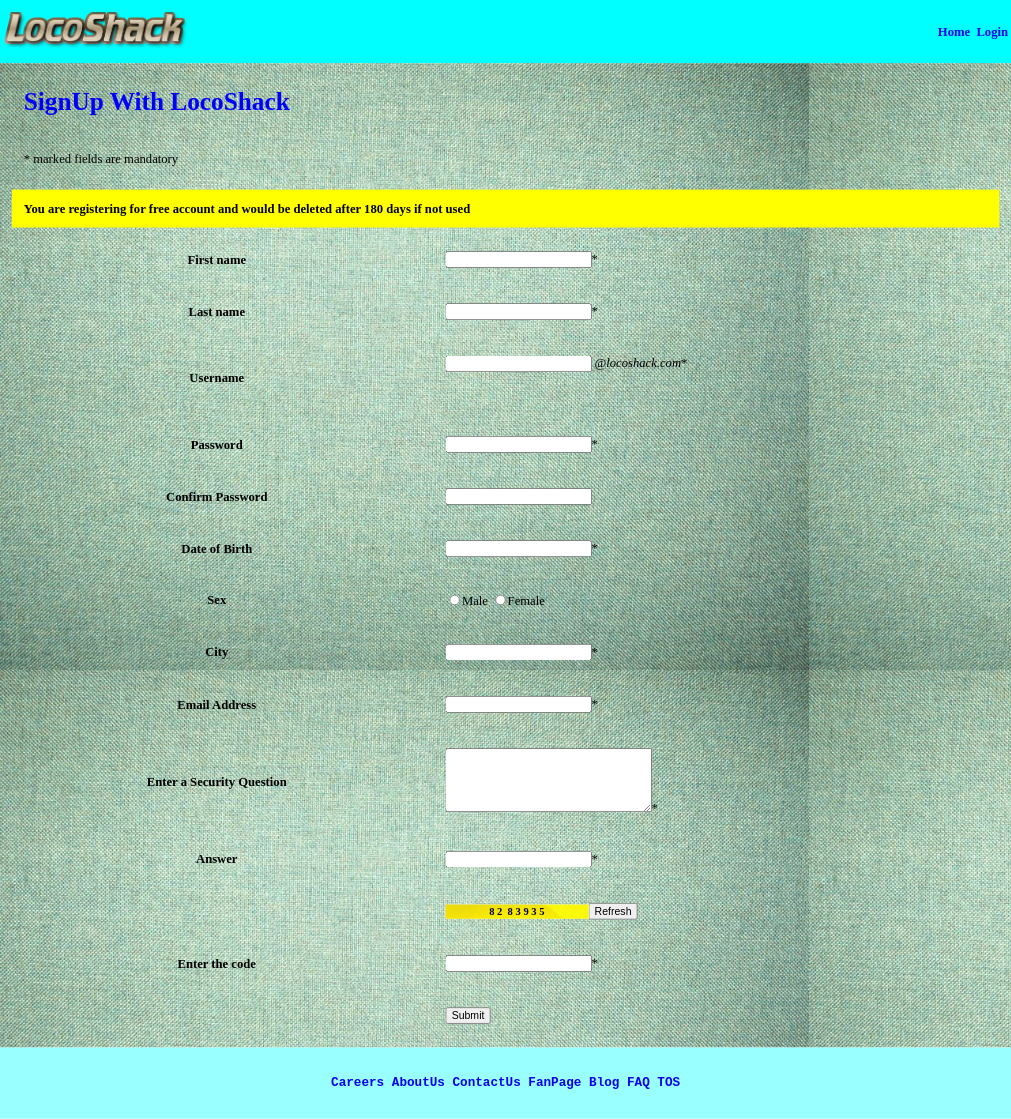
Repository: nicks707/LocoShack_TGMC-project
Page: http://localhost/ram/signup.jsp
These files come from the project's save history. The page is drawn as it stood at one moment and after the next save; the edit follows.
The browser window is 1280 px wide. The pictures show the whole page, at 79% of full size.
Some web libraries are served in a nearby version. The page is served by Tomcat 9. Other server files are loaded and not shown.

Above is the page before, as saved 2012-03-19 08:57:56.

### ram/WebContent/signup.jsp
<%@ page language="java" contentType="text/html; charset=ISO-8859-1"
    pageEncoding="ISO-8859-1"%>
<!DOCTYPE html PUBLIC "-//W3C//DTD HTML 4.01 Transitional//EN" "http://www.w3.org/TR/html4/loose.dtd">
<html>
<head>
<meta http-equiv="Content-Type" content="text/html; charset=ISO-8859-1">
<title>LocoShack-SignUp!</title>
<style>
html, body,table
{
  height: 100%;
  width:100%;
}
</style>
<style type="text/css">
@import "css/flora.datepick.css";
</style>

<!-- SCRIPTS GO HERE -->

<script type="text/javascript" src="http://ajax.googleapis.com/ajax/libs/jquery/1.4.2/jquery.min.js"></script>

<script type="text/javascript">
$(document).ready(function(){
//called when key is pressed in textbox
//function for checking username
$("#inputString").keypress(function (e)
{
$("#error").hide();
$("#autoSuggestionsList").hide();
//if the letter is not digit then display error and don't type anything
if( e.which!=8 && e.which!=0 && (e.which<48 || e.which>57)
&& (e.which<65 || e.which>90)&& (e.which<97 || e.which>122))
{
//display error message
$("#error").html("No Special Characters.Only number & alphabets").show();
return false;
}
});});
//function for dynamic username search
function lookup(inputString) {
if(inputString.length <5) {
$('#suggestions').show();
$('#autoSuggestionsList').hide();
}
 else {
$('#suggestions').hide();
$.post("CheckUsername.jsp",{user: ""+inputString+""},function(data){
$('#autoSuggestionsList').html(data).show();
});
}
}

//Function to check if passwords match
function passchk(cpwd){
var pwd=document.getElementById("pwd");
if(pwd.value==cpwd)
{
    $('#cpwd').html("Password match").show();


}
else
    {
        $('#cpwd').html("Password don't match").show();
    }
}

  //Empty field check
  function check()
    {
      if((document.form.fn.value.length==0)||(document.form.ln.value.length==0)||(document.form.un.value.length==0)||(document.form.pwd.value.length==0)||(document.form.cpwd.value.length==0)||(document.form.dob.value.length==0)||(document.form.sex.value.length==0)||(document.form.email.value.length==0)||(document.form.sec.value.length==0)||(document.form.secans.value.length==0)||(document.form.txtInput.value.length==0))
        {

            alert("All * fields are mandatory");
            return false;
        }
    }
</script>
   <script type="text/javascript">

   //Created / Generates the captcha function
    function DrawCaptcha()
    {
        var a = Math.ceil(Math.random() * 10)+ '';
        var b = Math.ceil(Math.random() * 10)+ '';
        var c = Math.ceil(Math.random() * 10)+ '';
        var d = Math.ceil(Math.random() * 10)+ '';
        var e = Math.ceil(Math.random() * 10)+ '';
        var f = Math.ceil(Math.random() * 10)+ '';
        var g = Math.ceil(Math.random() * 10)+ '';
        var code = a + ' ' + b + ' ' + ' ' + c + ' ' + d + ' ' + e + ' '+ f + ' ' + g;
        document.getElementById("txtCaptcha").value = code;
    }

    // Validate the Entered input aganist the generated security code function
    function ValidCaptcha(){
        var str1 = removeSpaces(document.getElementById('txtCaptcha').value);
        var str2 = removeSpaces(document.getElementById('txtInput').value);
        if (str1 == str2)
        	{
        	alert("Code matched");
        	return true;}
        else
        	{
        	alert("Code not matched")
        	return false;
        	}
    }

    // Remove the spaces from the entered and generated code
    function removeSpaces(string)
    {
        return string.split(' ').join('');
    }


    </script>
    <script type="text/javascript" src="js/jquery.datepick.js"></script>
<script type="text/javascript">
$(function() {
$('#dob').datepick();

});
</script>






</head>
<body style="margin-left:0px;margin-right:0px;margin-top:0px;" onload="DrawCaptcha();">

<table cellpadding="0px" cellspacing="0px">
<tr><td><tr height="80px" ><td colspan="3"><jsp:include page="header.jsp"></jsp:include></td></tr></td></tr>
   <tr height="304px">
       <td><form name="form" onsubmit=" return check()" action="signupcheck.jsp" method='post'>
                    <table style=" background-image:url(images/Green-cloth-texture.jpg)" cellpadding="15" cellspacing="15" width="100%" border="0">

                    <tr height="20px"><td colspan="2" style="text-align:left; font-size: xx-large; color:blue;"><b>SignUp With LocoShack</b></td></tr>
                    <tr><td style="color:chocolate;"><font color="black">* marked fields are mandatory</font></td></tr>
                     <tr bgcolor="yellow" height="20px"><td width="100%" colspan="2"><b>You are registering for free account and would be deleted after 180 days if not used</b></td></tr>
                     <tr height="34px" >
        <td width="42%" align="center"><b>First name</b></td><td  align="left" width="58%"><input type="text" name="fn"/>*</td></td> </tr>
                  <tr height="34px" >
        <td align="center"><b>Last name</b></td><td><input type="text" name="ln"/>*</td> </tr>
                  <tr height="34px" >
                      <td align="center"><b>Username</b></td><td><input align="middle" type="text" name="un" id="inputString" onkeyup="lookup(this.value)"  />
            <i>@locoshack.com</i>*<br/><div id="suggestions" style="display: none;">
Value must be greater than 4 characters</div><br/>
<div style="display: none;" id="autoSuggestionsList"></div><br/>
<div style="display: none;" id="error"></div><%--<br/><a href="avail.jsp">Check availability</a>--%></td> </tr>
                  <tr height="34px" ><td align="center"><b>Password</b></td>
                      <td><input type="text" id="pwd" name="pwd"/>*
   </td></tr>
                  <tr height="34px" ><td align="center"><b>Confirm Password</b></td>
                      <td><input type="text" name="cpwd" onkeyup="passchk(this.value)"/><div id="cpwd"></div>
   </td></tr>

                  <tr height="34px" ><td align="center"><b>Date of Birth</b></td>

    <td><input type="text"  name="dob" id="dob"/>*</td> </tr>
             <tr height="34px"
                                 ><td align="center"><b>Sex</b></td>
    <td>
        <input type="radio" name="sex" value="m"/>Male
        <input type="radio" name="sex" value="f"/>Female
    </td></tr>

    <!-- ADDED AFTERWARDS -->

    <tr height="34px" ><td align="center"><b>City</b></td>

    <td><input type="text"  name="city" id="city"/>*</td> </tr>





              <tr height="34px" ><td align="center"><b>Email Address</b></td>

    <td><input type="text" name="email"/>*</td> </tr>

    <tr height="34px">
                                  <td align="center"><b>Enter a Security Question</b></td>
                                  <td><textarea rows="5" cols="30" name="sec"></textarea>*


    </td>
       </tr>
        <tr height="34px" ><td align="center"><b>Answer </b></td>

    <td><input type="text" name="secans"/>*</td> </tr>


    <tr><td align="center">&nbsp;</td><td><input type="text" id="txtCaptcha"
            style="background-image:url(images/1.jpg); text-align:center; border:none;
            font-weight:bold; font-family:Modern" /><input type="button" id="btnrefresh" value="Refresh" onclick="DrawCaptcha();" /></tr>

    <tr><td align="center"><b>Enter the code</b></td><td><input type="text" id="txtInput"/>*</td></tr>





       <tr height="34px"><td>&nbsp;</td>
                                 <td ><input name="submit" align="left" type="submit"  value="Submit" width="50%" onclick="return ValidCaptcha();"/></td></tr>

           </table>

                 </form></td>



            </tr>
<tr><td><tr height="50px"><td colspan="3"><jsp:include page="footer.jsp"></jsp:include></td></tr></td></tr>




</table>
</body>
</html>

### ram/WebContent/header.jsp
<%@ page language="java" contentType="text/html; charset=ISO-8859-1"
    pageEncoding="ISO-8859-1"%>
<!DOCTYPE html PUBLIC "-//W3C//DTD HTML 4.01 Transitional//EN" "http://www.w3.org/TR/html4/loose.dtd">
<html>
<head>
<meta http-equiv="Content-Type" content="text/html; charset=ISO-8859-1">
<title>Insert title here</title>
<style>
a{text-decoration: none;}
</style>
</head>
<body style="margin-top:0px;margin-left:0px;margin-right:0px">



<table bgcolor="#00FFFF" width="100%" cellpadding="0" cellspacing="0">
<tr height="80px"><td>&nbsp;<a href="main.jsp"><img src="images/logo.png" border="0px" height="50px"></img></a></td><td>&nbsp;</td><td align="right"><b><a href="main.jsp">Home</a> <a href="login.jsp">&nbsp;Login&nbsp;</a><b></b></td></tr>
</table>


</body>

</body>
</html>

### ram/WebContent/footer.jsp
<%@ page language="java" contentType="text/html; charset=ISO-8859-1"
    pageEncoding="ISO-8859-1"%>
<!DOCTYPE html PUBLIC "-//W3C//DTD HTML 4.01 Transitional//EN" "http://www.w3.org/TR/html4/loose.dtd">
<html>
<head>
<meta http-equiv="Content-Type" content="text/html; charset=ISO-8859-1">
<title>Insert title here</title>
</head>
<style>
a{text-decoration:none;}
</style>
<body style="margin-top:0px;margin-left:0px;margin-right:0px;">
<table width=100% border="0px" cellpadding="0px" cellspacing="0px">
<tr    bgcolor="#99FFFF" style="height:90px;">
<td  colspan="3" width="100%"  align="center"> <font color="#330099" face="Courier New, Courier, monospace"><b><a href="careers.jsp">Careers</a> <a href="abtus.jsp">AboutUs</a> <a href="contact.jsp">ContactUs</a> <a href="http://www.facebook.com">FanPage</a> <a href="blog.jsp">Blog</a> <a href="faq.jsp">FAQ</a> <a href="tos.jsp">TOS</a></b></font></td>
</tr>


</table>

</body>
</html>

### ram/WebContent/css/flora.datepick.css
/* Flora style sheet for jQuery Datepicker v4.0.2. */
.datepick {
	background-color: #e0f4d7;
	color: #000;
	border: 1px solid #f90;
    border-radius: 0.25em;
    -moz-border-radius: 0.25em;
    -webkit-border-radius: 0.25em;
	font-family: Arial,Helvetica,Sans-serif;
	font-size: 90%;
}
.datepick-rtl {
	direction: rtl;
}
.datepick-popup {
	z-index: 1000;
}
.datepick-disable {
	position: absolute;
	z-index: 100;
	background-color: white;
	opacity: 0.5;
	filter: alpha(opacity=50);
}
.datepick a {
	color: #000;
	text-decoration: none;
}
.datepick a.datepick-disabled {
	color: #888;
	cursor: auto;
}
.datepick button {
    margin: 0.25em;
    padding: 0.125em 0em;
    background-color: #fc8;
    border: none;
    border-radius: 0.25em;
    -moz-border-radius: 0.25em;
    -webkit-border-radius: 0.25em;
    font-weight: bold;
}
.datepick-nav, .datepick-ctrl {
	float: left;
	width: 100%;
	background-color: #e0f4d7;
	color: #fff;
	font-size: 90%;
	font-weight: bold;
}
.datepick-ctrl {
	background-color: #f90;
}
.datepick-cmd {
	width: 30%;
}
.datepick-cmd:hover {
	background-color: #b1db87;
}
.datepick-ctrl .datepick-cmd:hover {
	background-color: #fa4;
}
.datepick-cmd-prevJump, .datepick-cmd-nextJump {
	width: 8%;
}
a.datepick-cmd {
	height: 1.5em;
}
button.datepick-cmd {
	text-align: center;
}
.datepick-cmd-prev, .datepick-cmd-prevJump, .datepick-cmd-clear {
	float: left;
	padding-left: 2%;
}
.datepick-cmd-current, .datepick-cmd-today {
	float: left;
	width: 35%;
	text-align: center;
}
.datepick-cmd-next, .datepick-cmd-nextJump, .datepick-cmd-close {
	float: right;
	padding-right: 2%;
	text-align: right;
}
.datepick-rtl .datepick-cmd-prev, .datepick-rtl .datepick-cmd-prevJump,
.datepick-rtl .datepick-cmd-clear {
	float: right;
	padding-left: 0%;
	padding-right: 2%;
	text-align: right;
}
.datepick-rtl .datepick-cmd-current, .datepick-rtl .datepick-cmd-today {
	float: right;
}
.datepick-rtl .datepick-cmd-next, .datepick-rtl .datepick-cmd-nextJump,
.datepick-rtl .datepick-cmd-close {
	float: left;
	padding-left: 2%;
	padding-right: 0%;
	text-align: left;
}
.datepick-month-nav {
	float: left;
	background-color: #b1db87;
	text-align: center;
}
.datepick-month-nav div {
	float: left;
	width: 12.5%;
	margin: 1%;
	padding: 1%;
}
.datepick-month-nav span {
	color: #888;
}
.datepick-month-row {
	clear: left;
}
.datepick-month {
	float: left;
	width: 15em;
	border: 1px solid #83c948;
	text-align: center;
}
.datepick-month-header, .datepick-month-header select, .datepick-month-header input {
	height: 1.5em;
	background-color: #83c948;
	color: #fff;
	font-weight: bold;
}
.datepick-month-header select, .datepick-month-header input {
	height: 1.4em;
	border: none;
}
.datepick-month-header input {
	position: absolute;
	display: none;
}
.datepick-month table {
	width: 100%;
	border-collapse: collapse;
}
.datepick-month thead {
	border-bottom: 1px solid #aaa;
}
.datepick-month th, .datepick-month td {
	margin: 0em;
	padding: 0em;
	font-weight: normal;
	text-align: center;
}
.datepick-month th {
	border: 1px solid #b1db87;
}
.datepick-month th, .datepick-month th a {
	background-color: #b1db87;
	color: #000;
	border: 1px solid #b1db87;
}
.datepick-month td {
	background-color: #fff;
	color: #666;
	border: 1px solid #b1db87;
}
.datepick-month td.datepick-week * {
	background-color: #b1db87;
	color: #666;
	border: none;
}
.datepick-month a {
	display: block;
	width: 100%;
	padding: 0.125em 0em;
	text-decoration: none;
}
.datepick-month span {
	display: block;
	width: 100%;
	padding: 0.125em 0em;
}
.datepick-month td span {
	color: #888;
}
.datepick-month td .datepick-other-month {
	background-color: #e0f4d7;
}
.datepick-month td .datepick-weekend {
	background-color: #e0f4d7;
}
.datepick-month td .datepick-today {
	background-color: #b1db87;
}
.datepick-month td .datepick-highlight {
	background-color: #fc8;
}
.datepick-month td .datepick-selected {
	background-color: #f90;
	color: #fff;
}
.datepick-status {
	clear: both;
	background-color: #b1db87;
	text-align: center;
}
.datepick-clear-fix {
	clear: both;
}
.datepick-cover {
    display: none;
    display/**/: block;
    position: absolute;
    z-index: -1;
    filter: mask();
    top: -1px;
    left: -1px;
    width: 100px;
    height: 100px;
}

Loaded but not shown: ram/WebContent/js/jquery.datepick.js (library)

After the next save:
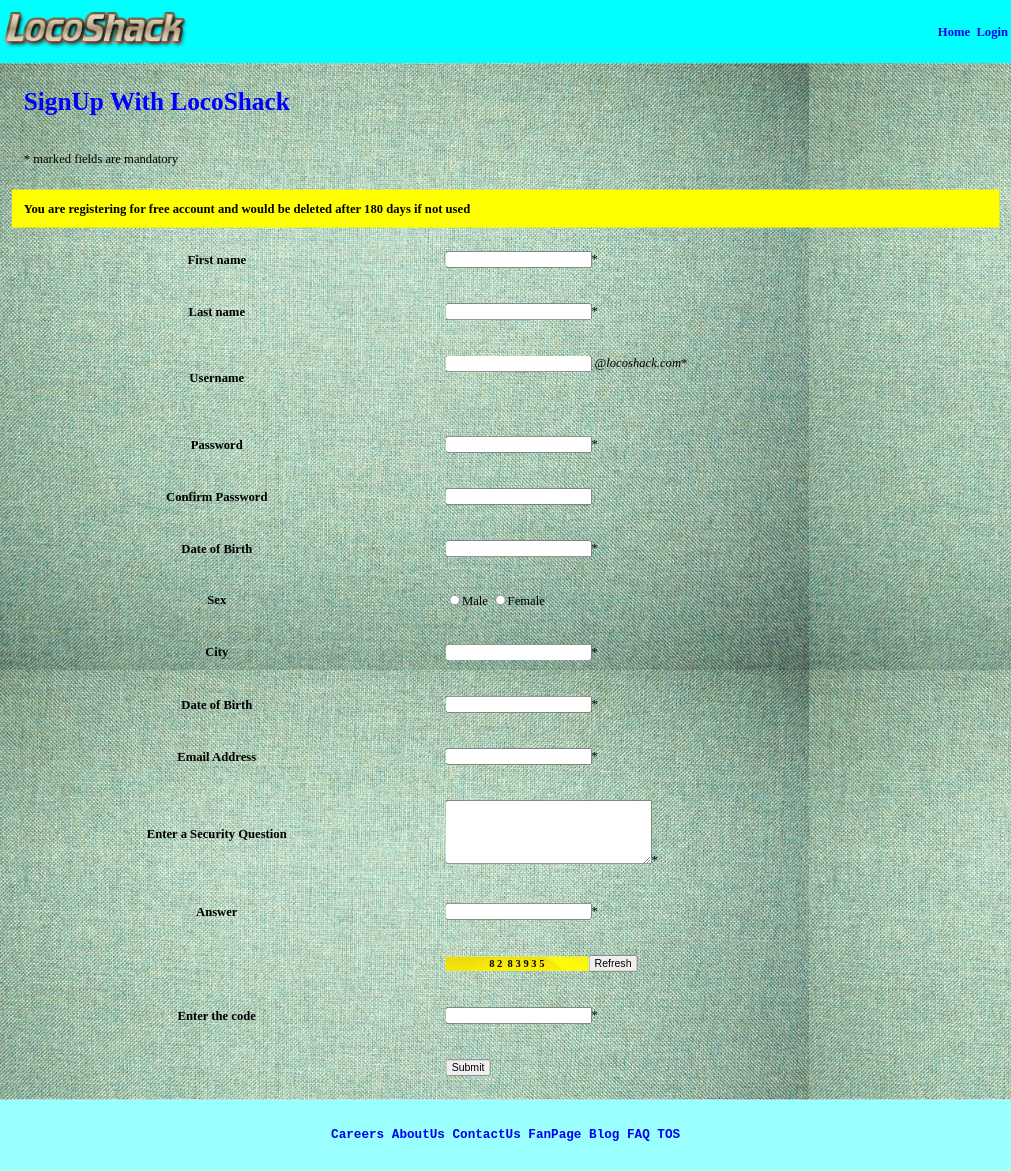
Saved 4 s later.
--- a/ram/WebContent/signup.jsp
+++ b/ram/WebContent/signup.jsp
@@ -173,6 +173,9 @@
     <tr height="34px" ><td align="center"><b>City</b></td>
 
     <td><input type="text"  name="city" id="city"/>*</td> </tr>
+    <tr height="34px" ><td align="center"><b>Date of Birth</b></td>
+
+    <td><input type="text"  name="dob" id="dob"/>*</td> </tr>
 
 
 
